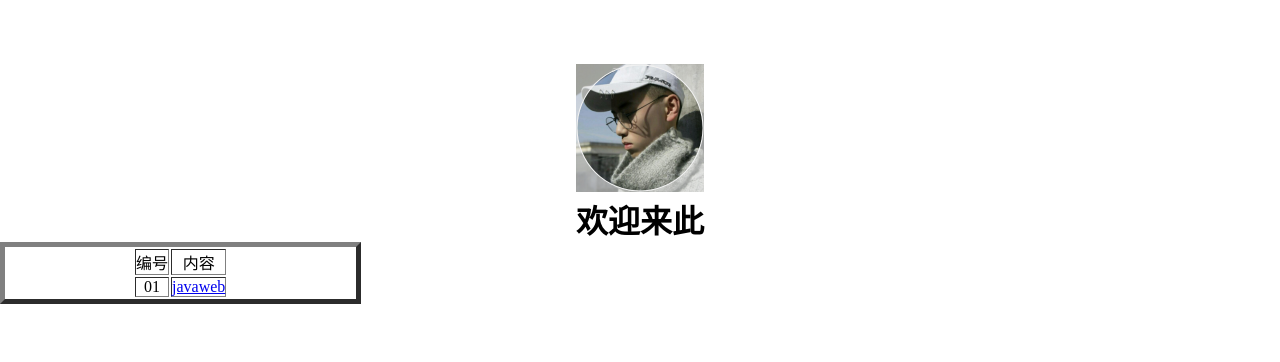
Repository: FengMo1314/JavaWeb
Page: JavaWeb&chen/src/main/webapp/index.html
These files come from the project's save history. The page is drawn as it stood at one moment and after the next save; the edit follows.
The browser window is 1280 px wide. The pictures show the whole page.

Above is the page before, as saved 2022-11-19 14:24:53.

### JavaWeb&chen/src/main/webapp/index.html
<!DOCTYPE html>
<html>
<head>
<meta charset="UTF-8">
<link rel="stylesheet" href="css/index/index.css">
<title>liuhe.com</title>
</head>
<body>
	<div class="box">
		<img alt="完了" src="imgs/index/index.png">
		<h1>欢迎来此</h1>
		<form action="">
			<table border=5% cellspacing=2% >
			<tr align="center">
			<td>编号</td>
			<td>内容</td>
			</tr>
			<tr align="center">
			<td>01</td>
			<td><a href="/lh.com">javaweb</a></td>
			</tr>
			</table>
		</form>
	</div>
</body>
</html>

### JavaWeb&chen/src/main/webapp/css/index/index.css
@charset "UTF-8";
*{
	margin: 0;
	padding: 0

}
.box{
	width: 100%;
	height: 100%;
}
img{
	width: 10%;
	height: 10%;
	margin: 5% 45% 0 45%;
}
h1{
	text-align: center;
}
table {
	height: 80%;
	padding: 0 10% 0 10%;
}

After the next save:
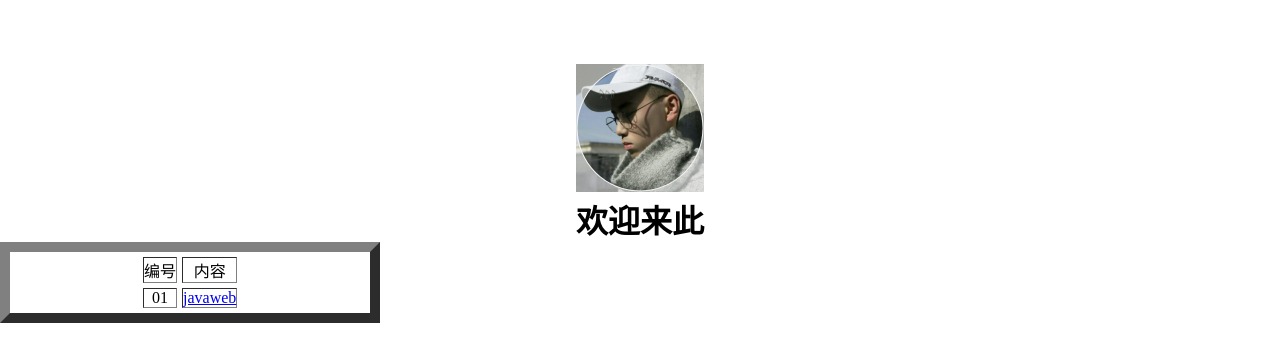
Saved 78 s later.
--- a/JavaWeb&chen/src/main/webapp/index.html
+++ b/JavaWeb&chen/src/main/webapp/index.html
@@ -10,7 +10,7 @@
 		<img alt="完了" src="imgs/index/index.png">
 		<h1>欢迎来此</h1>
 		<form action="">
-			<table border=5% cellspacing=2% >
+			<table border="10px" cellspacing="5px" >
 			<tr align="center">
 			<td>编号</td>
 			<td>内容</td>
